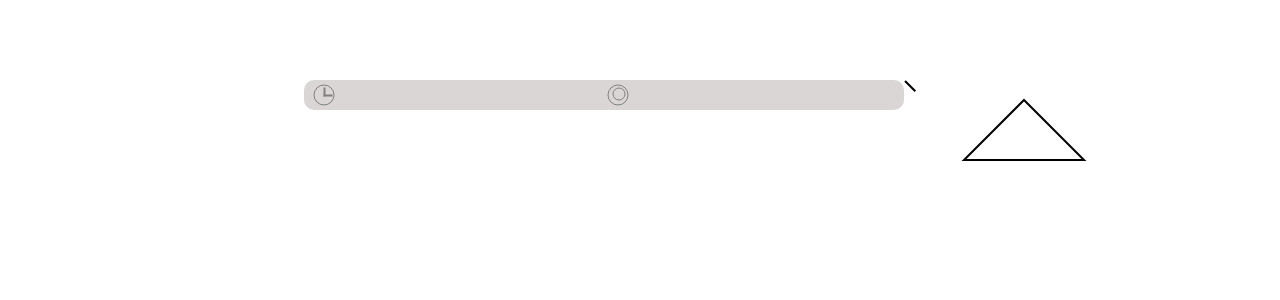
Repository: Gaj123-coder/emoji-search-app
Page: /
An editor plug-in stored every save of this project. The page is shown before and after the next save, followed by the edit.
The browser window is 1280 px wide. The pictures show the whole page.
The project was rebuilt for these pictures with package versions that can differ from the ones it lists, and the page was loaded fresh each time.

Above is the page before, as saved 2021-10-30 19:27:47.

### public/index.html
<!DOCTYPE html>
<html>
    <head>
        <title>Emoji Search</title>
        <meta charset="UTF-8">
        <meta name="author" content="Gajanan C Hegde">
        <meta name="description" content="A simple emoji search app using React JS">
        <meta name="view-port" content="width=device-width,initial-scale=1">
        <meta property="og:title" content="emoji">
        <meta property="og:description" content="An emoji searh app">
        <meta property="og:url" content="http://www.emojis..com">
        <meta property="og:image" content="https://seeklogo.com/images/S/smile-with-glasses-emoji-logo-0C5A7F9874-seeklogo.com.png">
        <meta property="twitter:title" content="Emoji Search">
        <meta property="twitter:image" content="https://seeklogo.com/images/S/smile-with-glasses-emoji-logo-0C5A7F9874-seeklogo.com.png">
        <meta property="twitter:description" content="A simple recat js emloji search app">
        <meta property="twitter:card" content="summary_large_page">
        <meta property="facebook:title" content="Emoji Search">
        <meta property="facebook:image" content="https://seeklogo.com/images/S/smile-with-glasses-emoji-logo-0C5A7F9874-seeklogo.com.png">
        <meta property="facebooks:description" content="A simple react app for emoji search">
        <meta proprty="facebook:url" content="https://www.emojis.com">
        <link rel="canonical" href="index.html"/>
    </head>
    <body>
        <div id="root"></div>
    </body>
</html>

### src/App.js
import './App.css';
import {sad1,worry1,angry1,happy1,smiley1,peace1,love1,joy1,laugh1,gift1,smile1,hands1,sports1,supper1,evil1,shy1,tasty1,confuse1,sleepy1} from "./Components/emotions";
function App() {
  return (
    <div className="dec">
      <div>
        <svg>
          <circle cx="20" cy="15" r="10px" stroke="grey" strokeWidth="1px" fill="rgb(218, 214, 214)"/>
          <rect x="20" y="8" width="1px" height="8px" stroke="grey" strokeWidth="1px" fill="rgb(218, 214, 214)"/>
          <rect x="20" y="15" width="8px" height="1px" stroke="grey" strokeWidth="1px" fill="rgb(218, 214, 214)"/>
        </svg>
      </div>
      <div>
        <svg>
          <circle cx="14" cy="15" r="10px" stroke="grey" strokeWidth="1px" fill="rgb(218, 214, 214)"/>
          <circle cx="15" cy="14" r="6px" stroke="grey" strokeWidth="1px" fill="rgb(218, 214, 214)"/>
        </svg>
      </div>
      <div>
       <svg>
         <path d="M120 20 l60 60 l-120 0 Z" stroke="black" strokeWidth="2px" fill="white"/>
         <path d="M1,1 l0.1 0.1 l0.1 0.1 l0.1 0.1 l10 10" stroke="black" strokeWidth="2px" fill="none"/>
         <path d="M0 0 C1 1 300 400" stroke="red" strokeWidth="3" fill="none"/>
         <path d="M0 9 C1 1 100 100" stroke="red" strokeWidth="3" fill="none"/>
       </svg>
      </div>
    </div>
  );
}

export default App;

### src/App.css
.dec{
  background-color: rgb(218, 214, 214);
  width:600px;
  height:30px;
  position: relative;
  left:19rem;
  border-radius:10px;
  top:5rem;
  display:flex;
  flex-direction:row;
  flex-wrap:nowrap;
}

.dec>div>svg{
  width:inherit;
  height:inherit;
}

### src/Components/emotions.js
const sad=["128524","128528",'128530',"128532","128542","128546","128549","128557"]
const worry=["128524","128529","128531","128532","128533","128543","128552","128553"]
const angry=["128520","128544","128545","128548","12855"]
const happy=["128512","128513","128514","128518","128522"]
const love=["128525","128535","128536","128537","128538"]
const joy=["128513","128517","128519","128521","128539","128540","128541"]
const laugh=["128513","128514","128518"]
const smile=["128512","128516"]
const gift=["127873","127891","127894","127874","127879","129395","127882","127876"]
const sports=["127939","127943","127947","","","","","","",""]
const hands=["128075","128588","129309","65039","128591","128077","129305","129304","128076","129306"]
const supper=["128526","128527"]
const peace=["128512","128515","128516","128519"]
const evil=["128520"]
const shy=["128522"]
const tasty=["128523"]
const confuse=["128534","128533","128550"]
const sleepy=["128554"]
const smiley=["128512","128513","128514","128515","128516","128517","128518","128519","128520","128521","128522","128523","128524","128525",
"128526","128527","128528","128529","128530","128531","128532","128533","128534","128535","128536","128537","128538","128539","128540"]

export const smiley1=smiley;
export const peace1=peace;
export const sad1=sad;
export const happy1=happy;
export const worry1=worry;
export const angry1=angry;
export const love1=love;
export const joy1=joy;
export const laugh1=laugh;
export const gift1=gift;
export const smile1=smile;
export const sports1=sports;
export const hands1=hands;
export const supper1=supper;
export const evil1=evil;
export const shy1=shy;
export const tasty1=tasty;
export const confuse1=confuse;
export const sleepy1=sleepy;

Loaded but not shown: src/index.js (common file); src/index.css (common file)

After the next save:
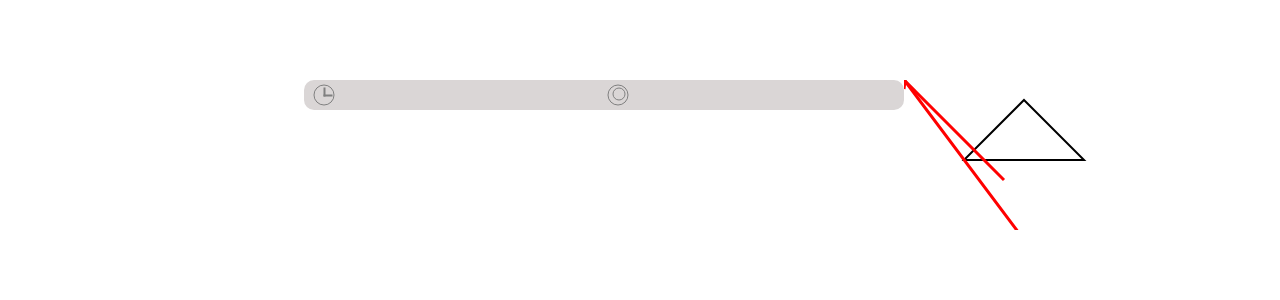
Saved 15 s later.
--- a/src/App.js
+++ b/src/App.js
@@ -20,8 +20,8 @@ function App() {
        <svg>
          <path d="M120 20 l60 60 l-120 0 Z" stroke="black" strokeWidth="2px" fill="white"/>
          <path d="M1,1 l0.1 0.1 l0.1 0.1 l0.1 0.1 l10 10" stroke="black" strokeWidth="2px" fill="none"/>
-         <path d="M0 0 C1 1 300 400" stroke="red" strokeWidth="3" fill="none"/>
-         <path d="M0 9 C1 1 100 100" stroke="red" strokeWidth="3" fill="none"/>
+         <path d="M0 0 L1 1 300 400" stroke="red" strokeWidth="3" fill="none"/>
+         <path d="M0 9 L1 1 100 100" stroke="red" strokeWidth="3" fill="none"/>
        </svg>
       </div>
     </div>
